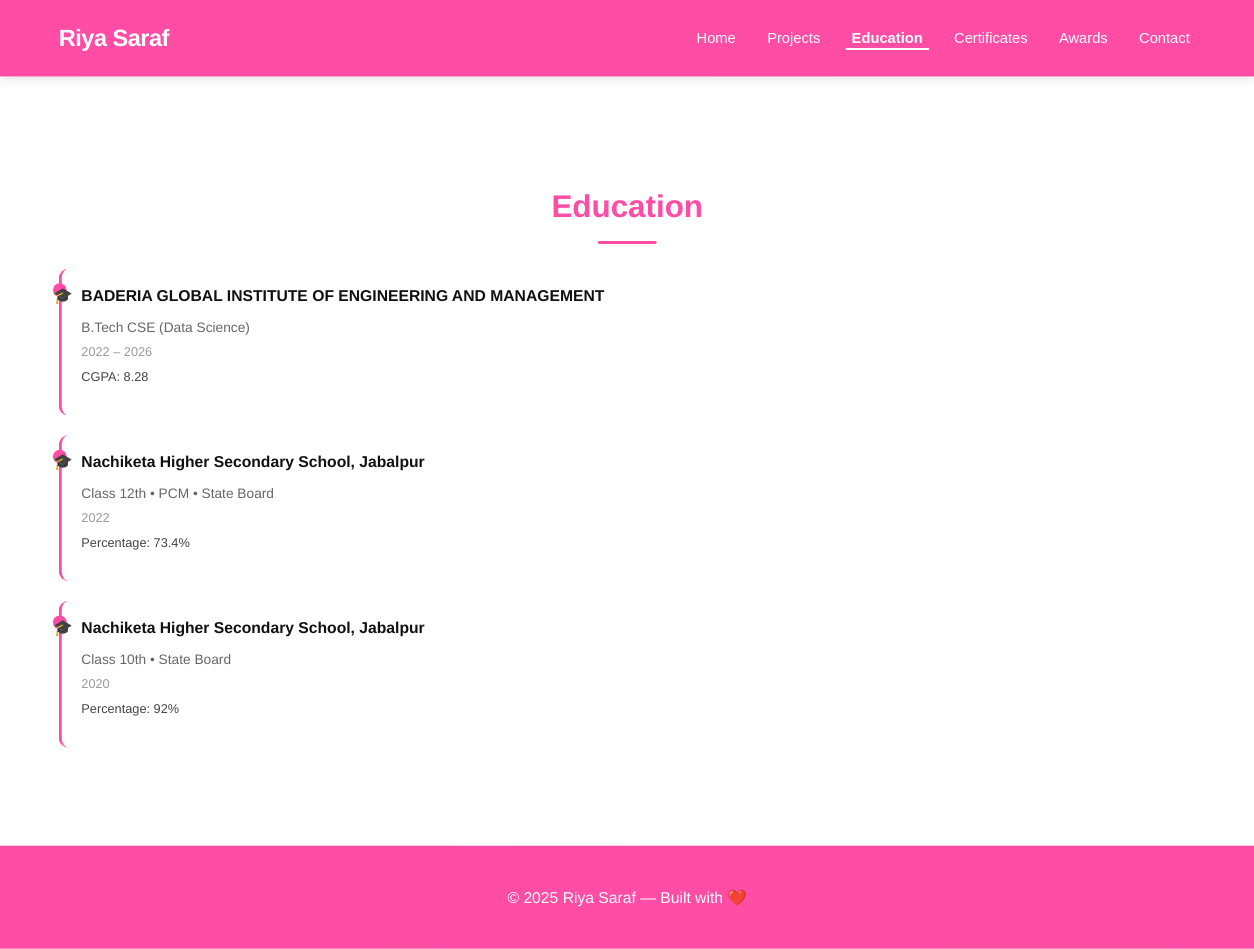
Repository: riyaaaa19/riya-portfolio
Page: /, after clicking the first element matching `nav > :nth-child(3)`
The author's editor kept a copy of each file at every save. The page is drawn from the files as they stood at one save, then again after the next save.
The browser window is 1280 px wide. The pictures show the whole page, at 98% of full size.
The project was rebuilt for these pictures with package versions that can differ from the ones it lists, and the page was loaded fresh each time.

Above is the page before, as saved 2025-09-13 17:55:36.

After the next save:
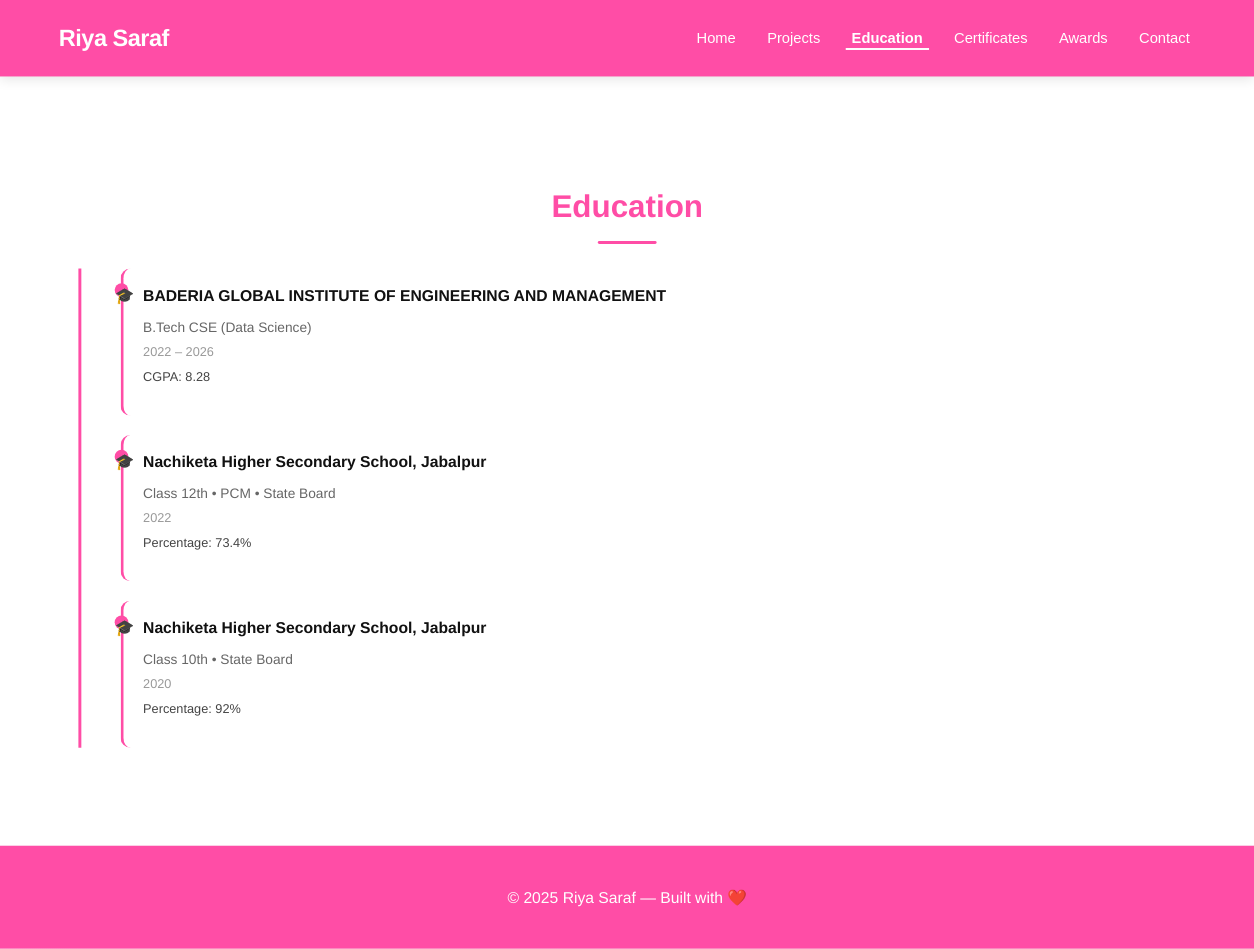
Saved 3 min 22 s later.
--- a/src/App.js
+++ b/src/App.js
@@ -157,17 +157,19 @@ export default function RiyaSarafPortfolio() {
       {activePage === "education" && (
         <section>
           <h2>Education</h2>
-          {education.map((e, i) => (
-            <TimelineCard
-              key={i}
-              title={e.school}
-              subtitle={e.degree}
-              year={e.year}
-              score={e.score}
-              icon="🎓"
-              type="education"
-            />
-          ))}
+          <div className="timeline">
+            {education.map((e, i) => (
+              <TimelineCard
+                key={i}
+                title={e.school}
+                subtitle={e.degree}
+                year={e.year}
+                score={e.score}
+                icon="🎓"
+                type="education"
+              />
+            ))}
+          </div>
         </section>
       )}
 
